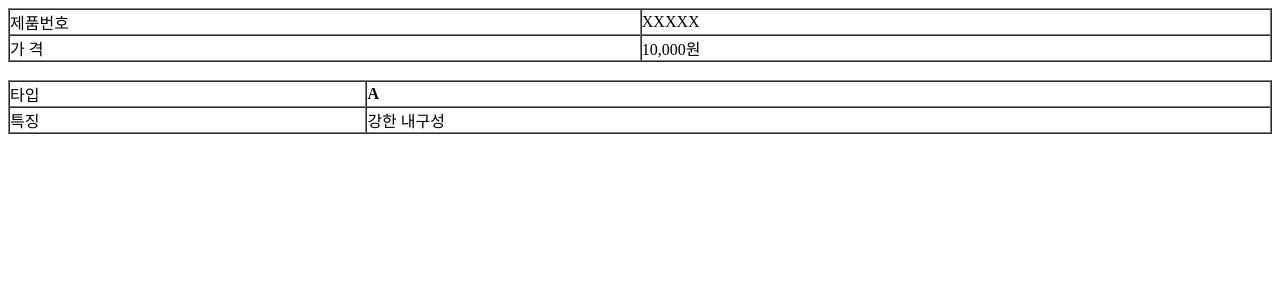
Repository: noopzzya/study_jsp_globalin
Page: http://localhost/ServletProject/temp/template/info_view.jsp
The author's editor kept a copy of each file at every save. The page is drawn from the files as they stood at one save, then again after the next save.
The browser window is 1280 px wide. The pictures show the whole page.
The page is served by Tomcat 9.

Above is the page before, as saved 2023-02-01 06:14:30.

After the next save:
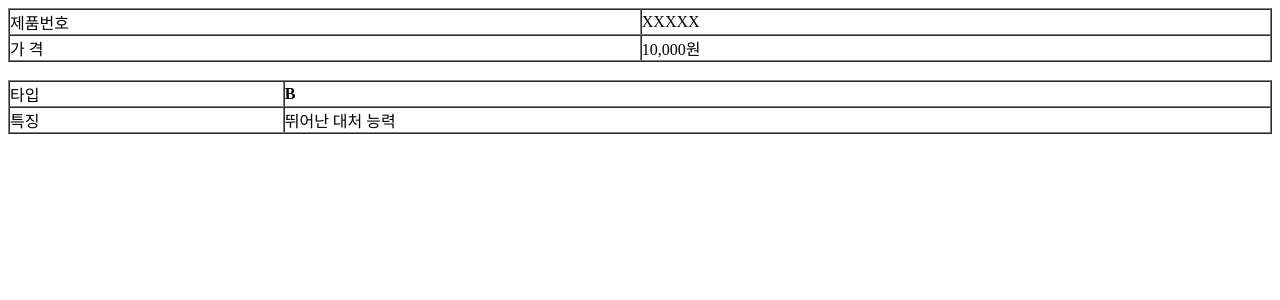
Saved 47 s later.
--- a/ServletProject/src/main/webapp/temp/template/info_view.jsp
+++ b/ServletProject/src/main/webapp/temp/template/info_view.jsp
@@ -14,5 +14,5 @@
 </table>
 
 <jsp:include page="infoSub.jsp" flush="false">
-	<jsp:param value="A" name="type"/>
+	<jsp:param value="B" name="type"/>
 </jsp:include>

After the 2 saves that followed:
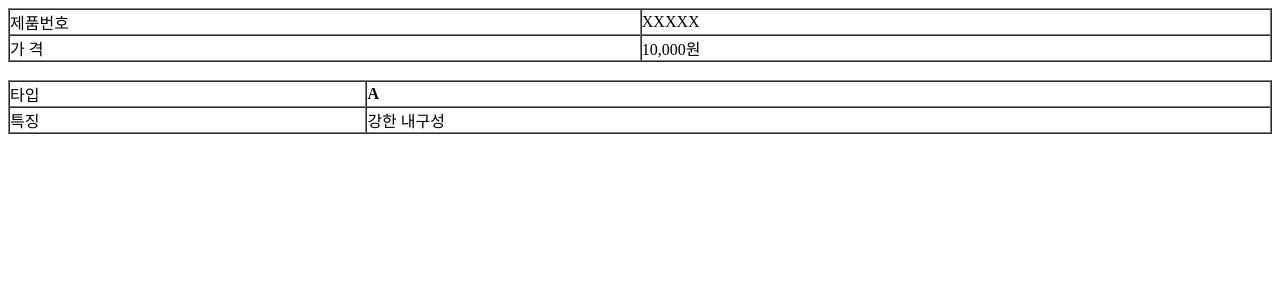
The 2 saves are shown as one change because 1 did not build or start.
The last was saved 47 s later.
--- a/ServletProject/src/main/webapp/temp/template/info_view.jsp
+++ b/ServletProject/src/main/webapp/temp/template/info_view.jsp
@@ -14,5 +14,6 @@
 </table>
 
 <jsp:include page="infoSub.jsp" flush="false">
-	<jsp:param value="B" name="type"/>
+	<jsp:param value="A" name="type"/>
+
 </jsp:include>
